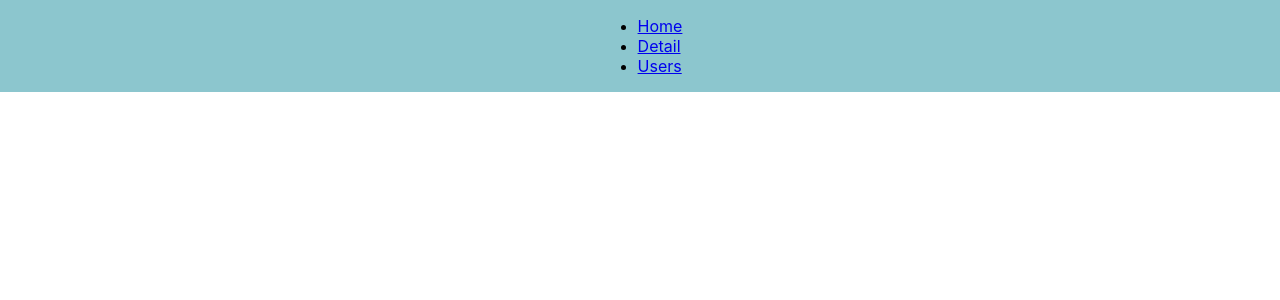
Repository: lethinh2003/pokemon_reactjs
Page: /
The author's editor kept a copy of each file at every save. The page is drawn from the files as they stood at one save, then again after the next save.
The browser window is 1280 px wide. The pictures show the whole page.
The page's requests for data from a server got no answer. The project was rebuilt for these pictures with package versions that can differ from the ones it lists, and the page was loaded fresh each time. A package was used in the major version that the imports need, not the one package.json lists. No one was signed in, and anything a server would have sent is missing. Also part of the build but not shown: src/App.css, src/view/Pokemon.scss, src/view/PokemonDetail.jsx.

Above is the page before, as saved 2021-11-28 00:13:21.

After the next save:
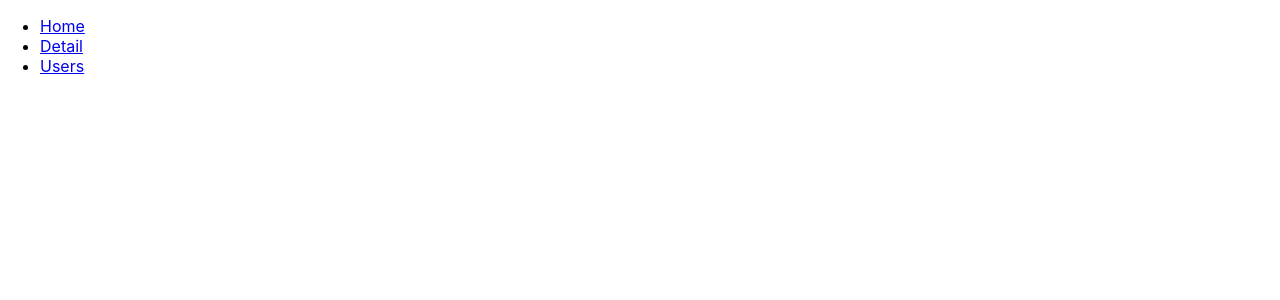
Saved 72 s later.
--- a/src/App.js
+++ b/src/App.js
@@ -14,9 +14,7 @@
 function App() {
   return (
     <>
-        <div className="container">
-
-        <Router>
+    <Router>
         <div>
         <nav>
           <ul>
@@ -32,6 +30,11 @@
           </ul>
         </nav>
         </div>
+        </Router>
+        <div className="container">
+
+        <Router>
+
         <Switch>
           <Route path="/" exact>
             <Pokemon />

After the save that followed:
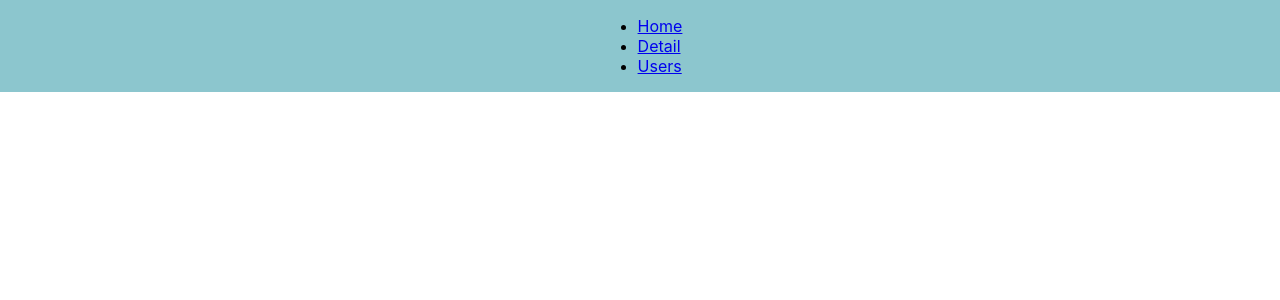
Saved 47 s later.
--- a/src/App.js
+++ b/src/App.js
@@ -14,7 +14,10 @@
 function App() {
   return (
     <>
-    <Router>
+
+        <div className="container">
+
+        <Router>
         <div>
         <nav>
           <ul>
@@ -30,11 +33,6 @@
           </ul>
         </nav>
         </div>
-        </Router>
-        <div className="container">
-
-        <Router>
-
         <Switch>
           <Route path="/" exact>
             <Pokemon />
